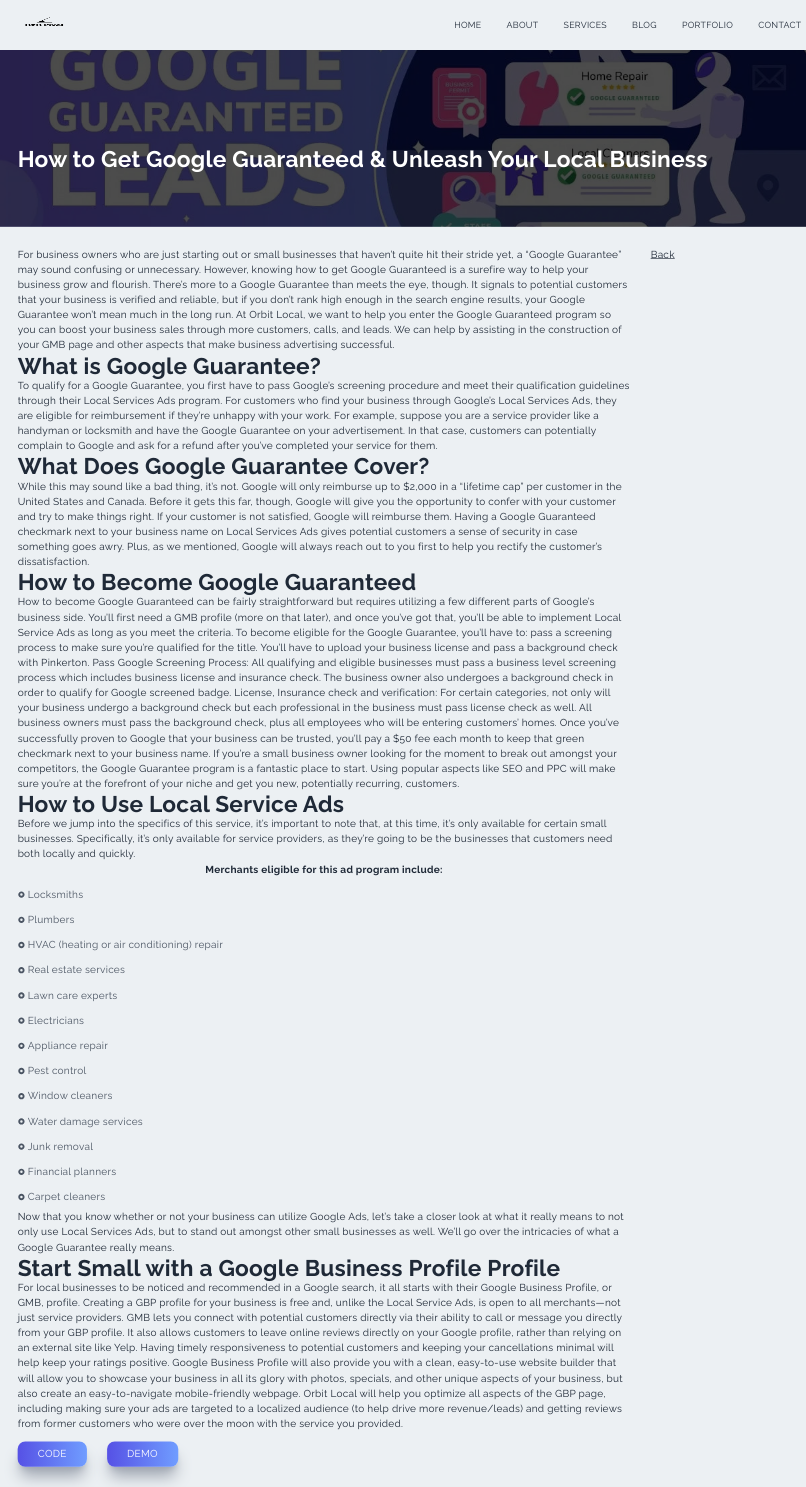
Repository: DID0101/nextjs.b2b
Page: /crypto
An editor plug-in stored every save of this project. The page is shown before and after the next save, followed by the edit.
The browser window is 1280 px wide. The pictures show the whole page, at 63% of full size.
The project was rebuilt for these pictures with package versions that can differ from the ones it lists, and the page was loaded fresh each time. The framework's server and built-in components were replaced by stand-ins that run in the browser. Also part of the build but not shown: next.config.js.

Above is the page before, as saved 2024-01-22 03:05:13.

After the next save:
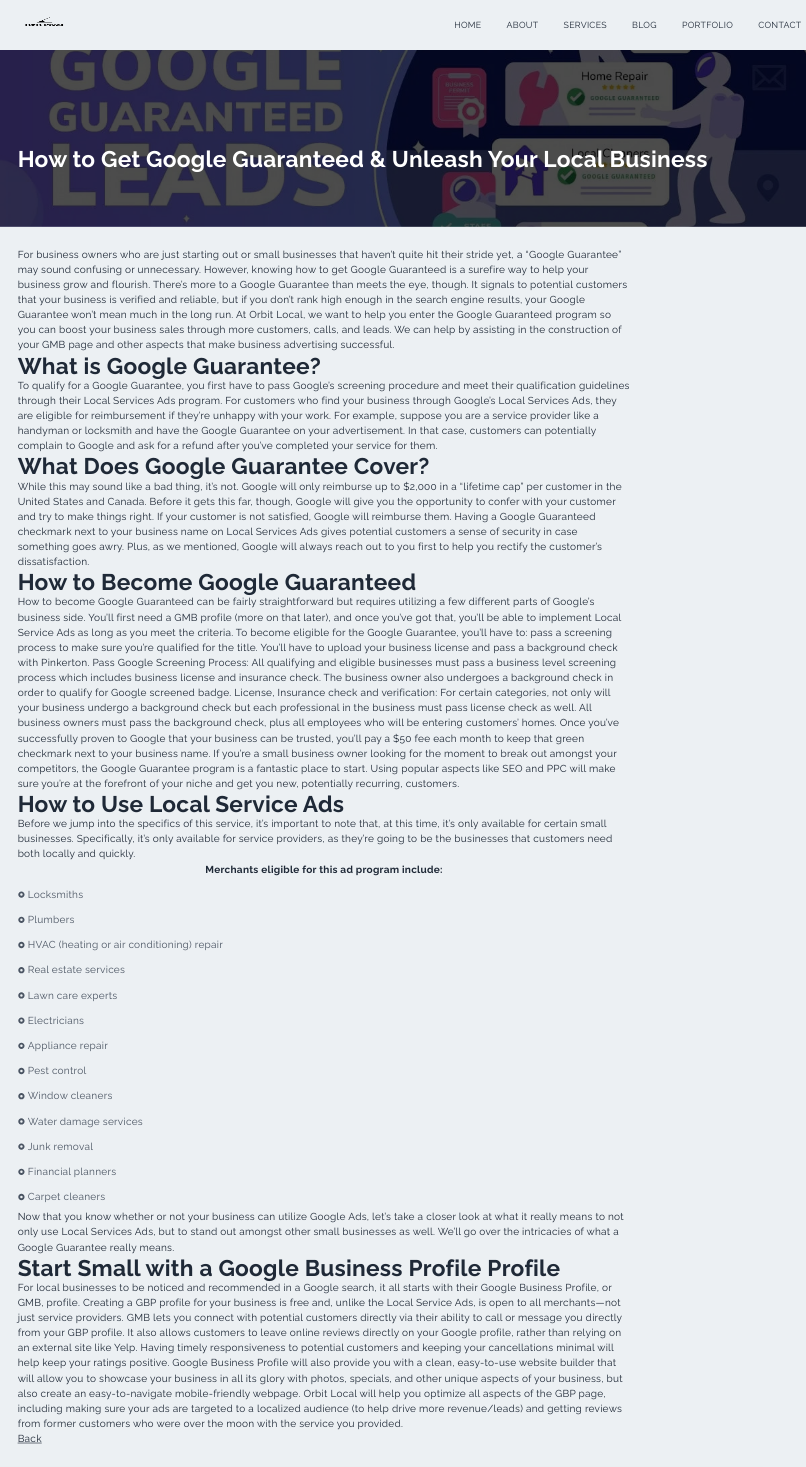
Saved 108 s later.
--- a/pages/crypto.jsx
+++ b/pages/crypto.jsx
@@ -108,7 +108,10 @@
 Google Business Profile will also provide you with a clean, easy-to-use website builder that will allow you to showcase your business in all its glory with photos, specials, and other unique aspects of your business, but also create an easy-to-navigate mobile-friendly webpage.
 
 Orbit Local will help you optimize all aspects of the GBP page, including making sure your ads are targeted to a localized audience (to help drive more revenue/leads) and getting reviews from former customers who were over the moon with the service you provided.</p>
-          <a
+<Link href='/#projects'>
+          <p className='underline cursor-pointer'>Back</p>
+        </Link>
+          {/* <a
             href='https://github.com/fireclint/crypto-react-firebase'
             target='_blank'
             rel='noreferrer'
@@ -121,7 +124,7 @@
             rel='noreferrer'
           >
             <button className='px-8 py-2 mt-4'>Demo</button>
-          </a>
+          </a> */}
 
         </div>
         {/* <div className='col-span-4 md:col-span-1 shadow-xl shadow-gray-400 rounded-xl py-4'>
@@ -149,9 +152,7 @@
             </div>
           </div>
         </div> */}
-        <Link href='/#projects'>
-          <p className='underline cursor-pointer'>Back</p>
-        </Link>
+
       </div>
     </div>
   );
